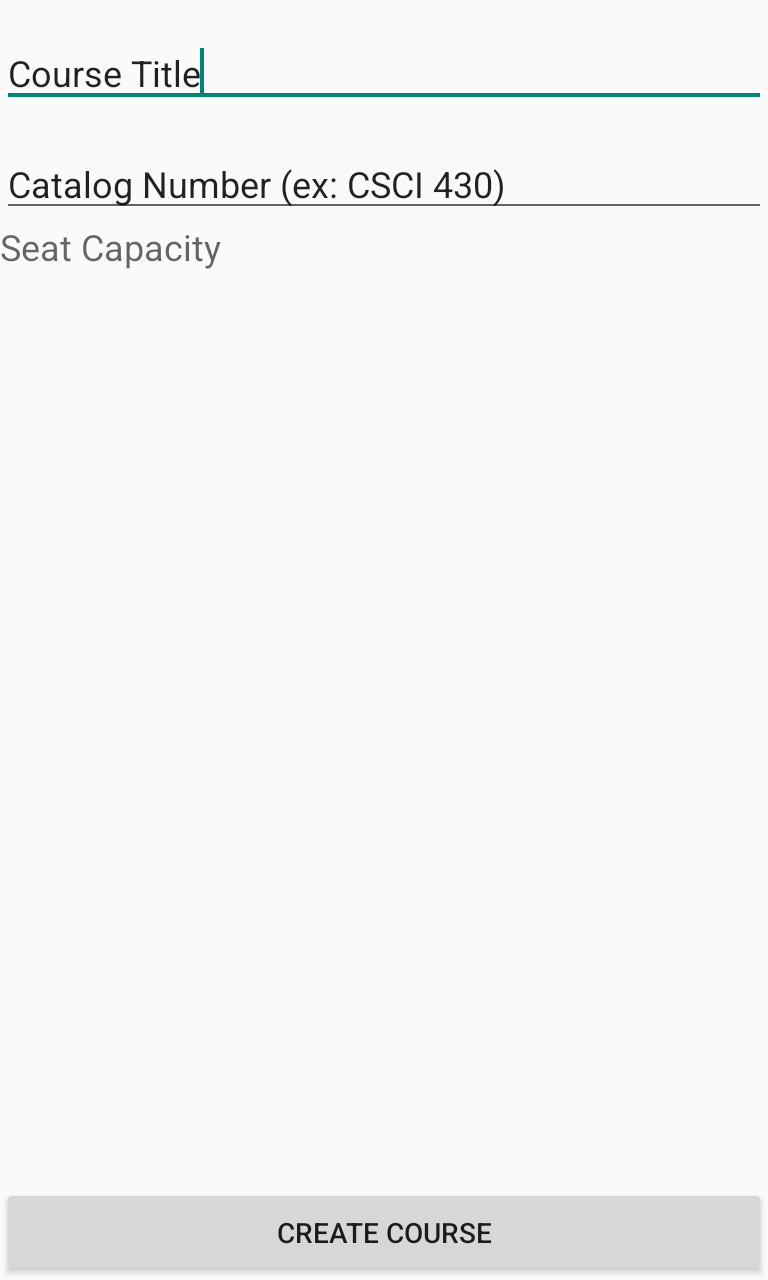
Repository: Jooms/Examples
Layout: CourseManager/res/layout/activity_main.xml
The author's editor kept a copy of each file at every save. The layout is drawn from the files as they stood at one save, then again after the next save.
It is drawn on a 768 x 1280 px phone screen (xhdpi) without system bars, with theme AppTheme; the app's code is not run.

Above is the layout before, as saved 2014-10-05 21:52:15.

### CourseManager/res/layout/activity_main.xml
<RelativeLayout xmlns:android="http://schemas.android.com/apk/res/android"
    xmlns:tools="http://schemas.android.com/tools"
    android:layout_width="match_parent"
    android:layout_height="match_parent"
    tools:context="${relativePackage}.${activityClass}" >

    <EditText
        android:id="@+id/editName"
        android:layout_width="wrap_content"
        android:layout_height="wrap_content"
        android:layout_alignParentLeft="true"
        android:layout_alignParentRight="true"
        android:layout_alignParentTop="true"
        android:layout_marginTop="14dp"
        android:ems="10"
		android:text="Course Title" >
        <requestFocus />
    </EditText>

    <EditText
        android:id="@+id/editNumber"
        android:layout_width="wrap_content"
        android:layout_height="wrap_content"
        android:layout_alignLeft="@+id/editName"
        android:layout_alignParentRight="true"
        android:layout_below="@+id/editName"
        android:layout_marginTop="14dp"
        android:ems="10"
        android:text="Catalog Number (ex: CSCI 430)" />

    <Button
        android:id="@+id/buttonCreate"
        android:layout_width="wrap_content"
        android:layout_height="wrap_content"
        android:layout_alignParentBottom="true"
        android:layout_alignParentLeft="true"
        android:layout_alignParentRight="true"
        android:onClick="buttonCreatePressed"
        android:text="Create Course" />

    <TextView
        android:id="@+id/textView1"
        android:layout_width="wrap_content"
        android:layout_height="wrap_content"
        android:layout_alignParentLeft="true"
        android:layout_below="@+id/editNumber"
        android:text="Seat Capacity"
        android:textAppearance="?android:attr/textAppearanceMedium" />

</RelativeLayout>

Loaded but not shown: CourseManager/res/values/styles.xml (common file); CourseManager/res/values-v11/styles.xml (common file); CourseManager/res/values-v14/styles.xml (common file)

After the next save:
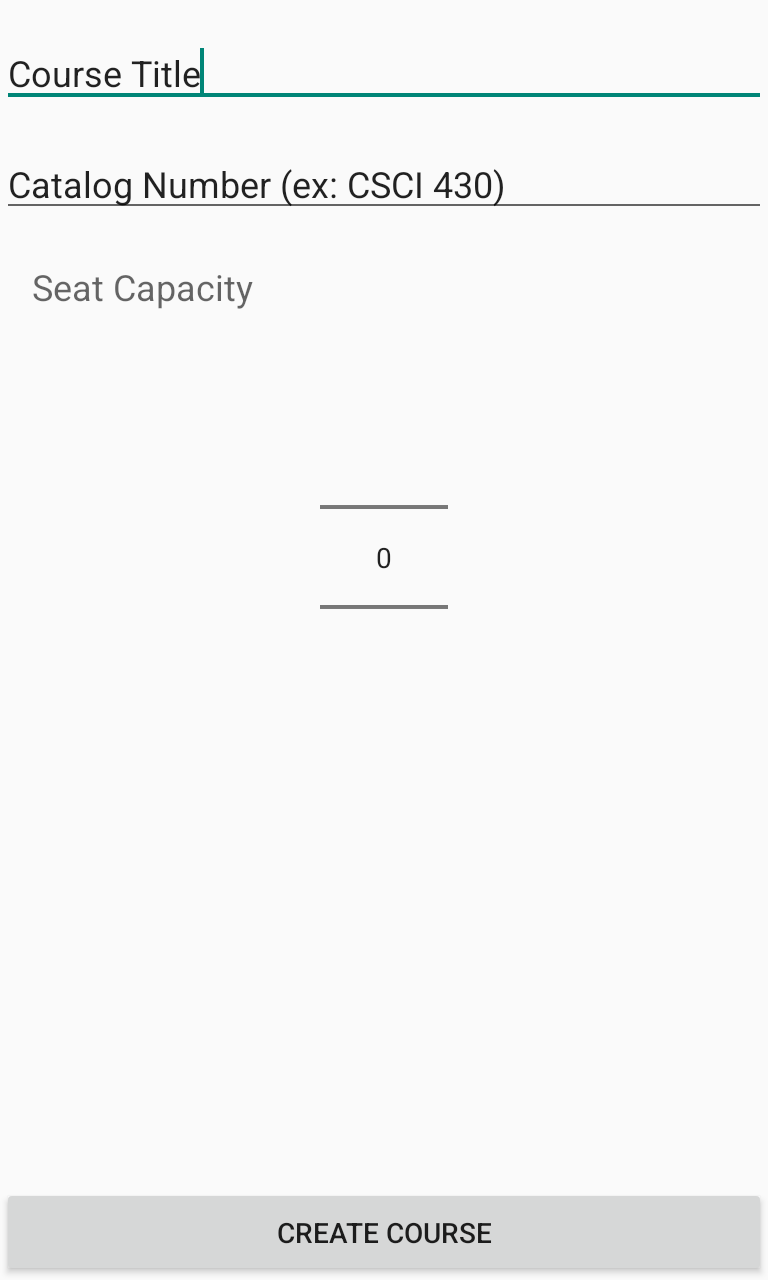
Saved 11 s later.
--- a/CourseManager/res/layout/activity_main.xml
+++ b/CourseManager/res/layout/activity_main.xml
@@ -44,7 +44,18 @@
         android:layout_height="wrap_content"
         android:layout_alignParentLeft="true"
         android:layout_below="@+id/editNumber"
+        android:layout_marginLeft="16dp"
+        android:layout_marginTop="20dp"
         android:text="Seat Capacity"
         android:textAppearance="?android:attr/textAppearanceMedium" />
 
+    <NumberPicker
+        android:id="@+id/numberPicker1"
+        android:layout_width="wrap_content"
+        android:layout_height="wrap_content"
+        android:layout_below="@+id/textView1"
+        android:layout_centerHorizontal="true"
+        android:layout_marginTop="33dp"
+        android:orientation="horizontal" />
+
 </RelativeLayout>
